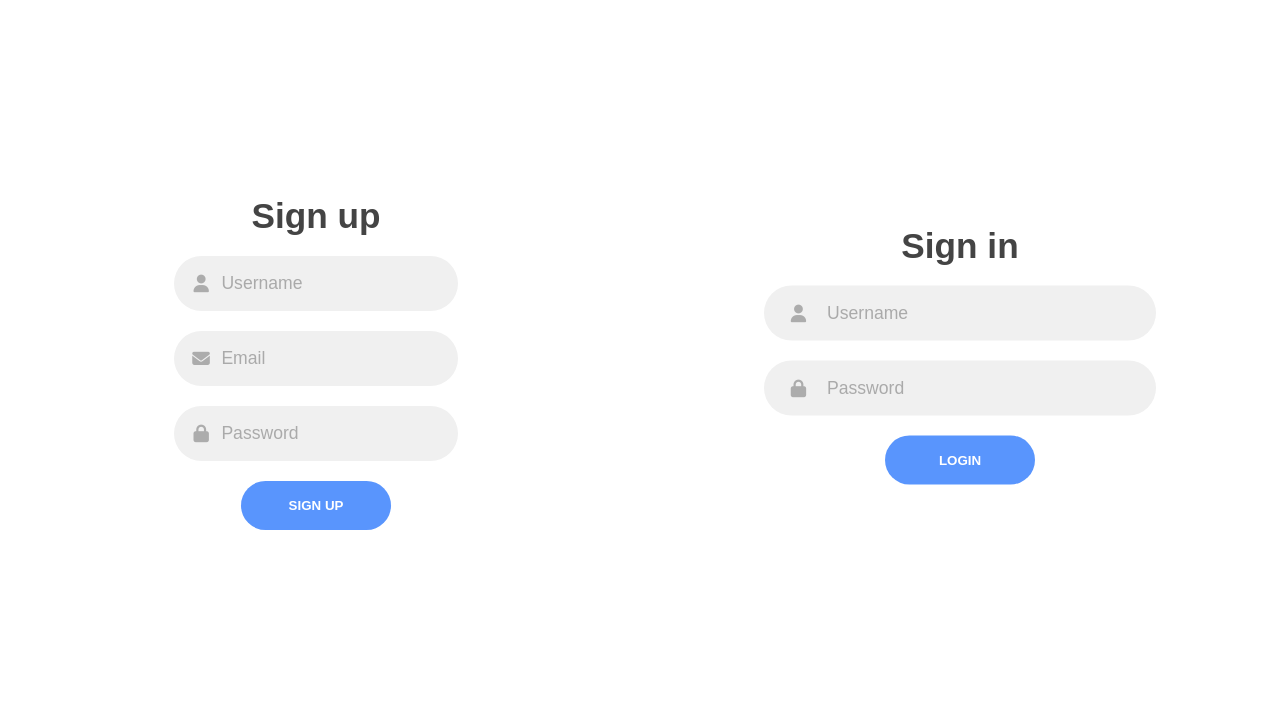
Repository: sarfaraz1611/NitteMovie.github.io
Page: login.html
The author's editor kept a copy of each file at every save. The page is drawn from the files as they stood at one save, then again after the next save.
The browser window is 1280 px wide. The pictures show the whole page.
Some web libraries are served in a nearby version.

Above is the page before, as saved 2022-07-15 23:47:48.

After the next save:
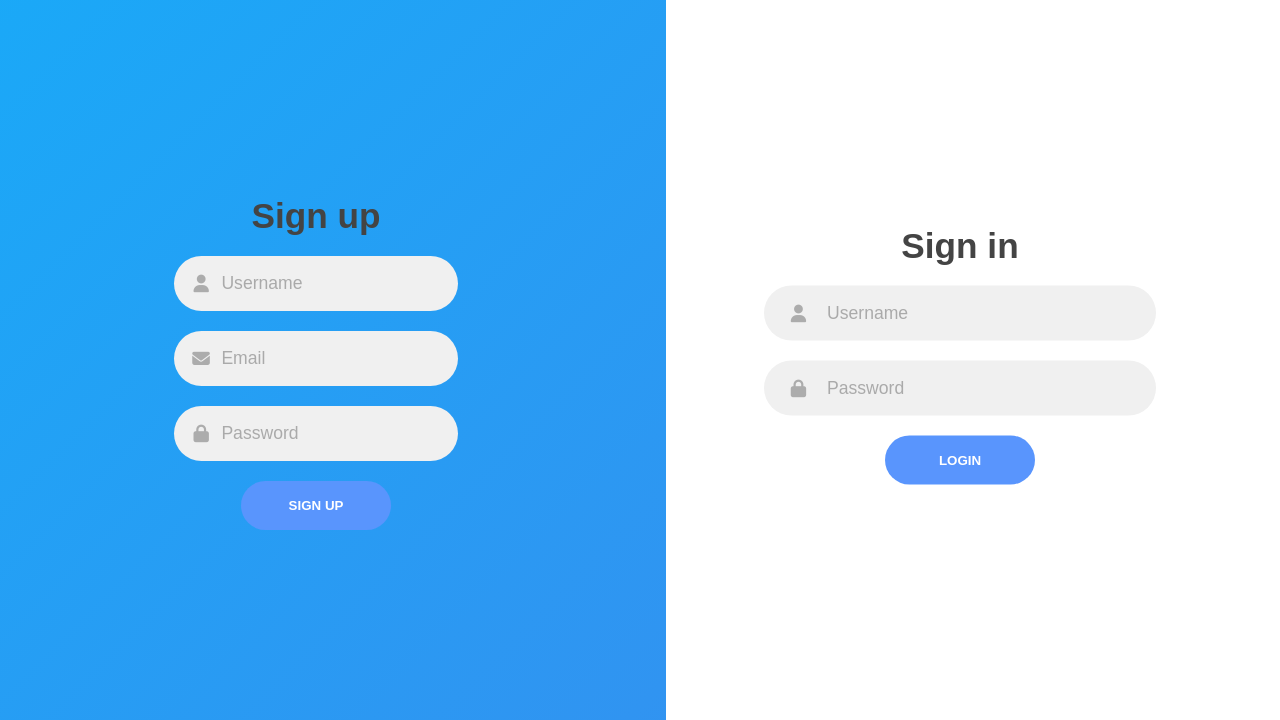
Saved 5 s later.
--- a/assets/css/main.css
+++ b/assets/css/main.css
@@ -405,7 +405,7 @@
   top: -10%;
   right: 48%;
   /* transform: translateY(-50%); */
-  /* background-image: linear-gradient(-45deg, #4481eb 0%, #04befe 100%); */
+  background-image: linear-gradient(-45deg, #4481eb 0%, #04befe 100%);
   transition: 1.8s ease-in-out;
   /* border-radius: 50%; */
   z-index: 2;

After the 3 saves that followed:
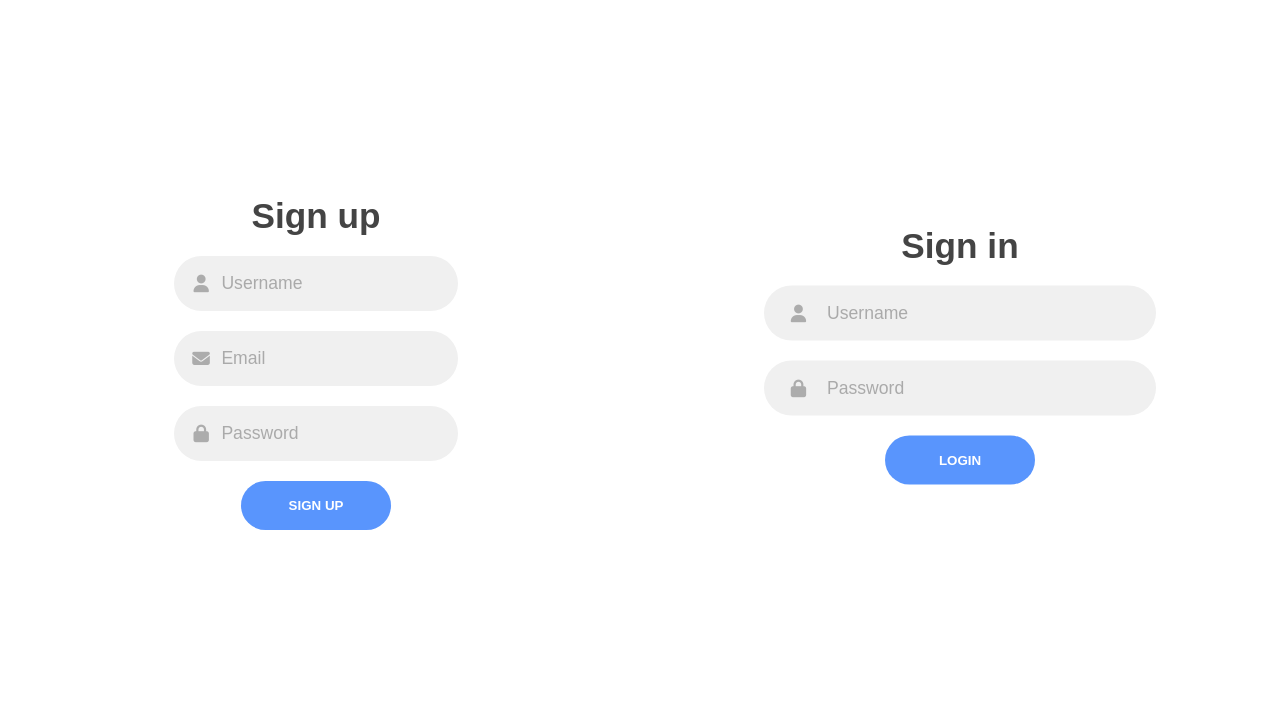
The 3 saves are shown as one change because 1 left the picture as it was and some came seconds apart.
The last was saved 24 s later.
--- a/assets/css/main.css
+++ b/assets/css/main.css
@@ -400,13 +400,13 @@
 .container:before {
   content: "";
   position: absolute;
-  height: 2000px;
-  width: 2000px;
+  /* height: 2000px; */
+  /* width: 2000px; */
   top: -10%;
   right: 48%;
   /* transform: translateY(-50%); */
   background-image: linear-gradient(-45deg, #4481eb 0%, #04befe 100%);
-  transition: 1.8s ease-in-out;
+  /* transition: 1.8s ease-in-out; */
   /* border-radius: 50%; */
   z-index: 2;
 }
